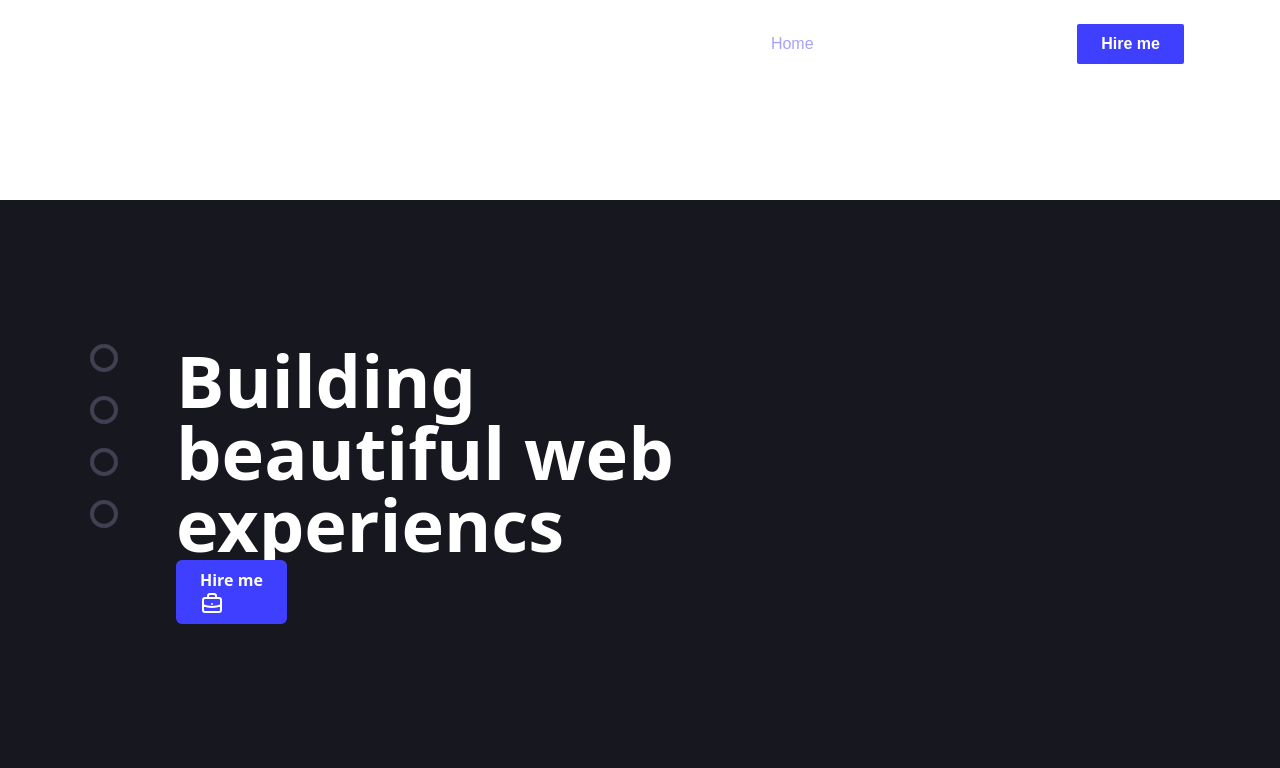
Repository: Alex0715/portfolio
Page: /
An editor plug-in stored every save of this project. The page is shown before and after the next save, followed by the edit.
The browser window is 1280 px wide. The pictures show the whole page.
The project was rebuilt for these pictures with package versions that can differ from the ones it lists, and the page was loaded fresh each time. The framework's server and built-in components were replaced by stand-ins that run in the browser. Also part of the build but not shown: next.config.js.

Above is the page before, as saved 2022-02-03 22:18:12.

After the next save:
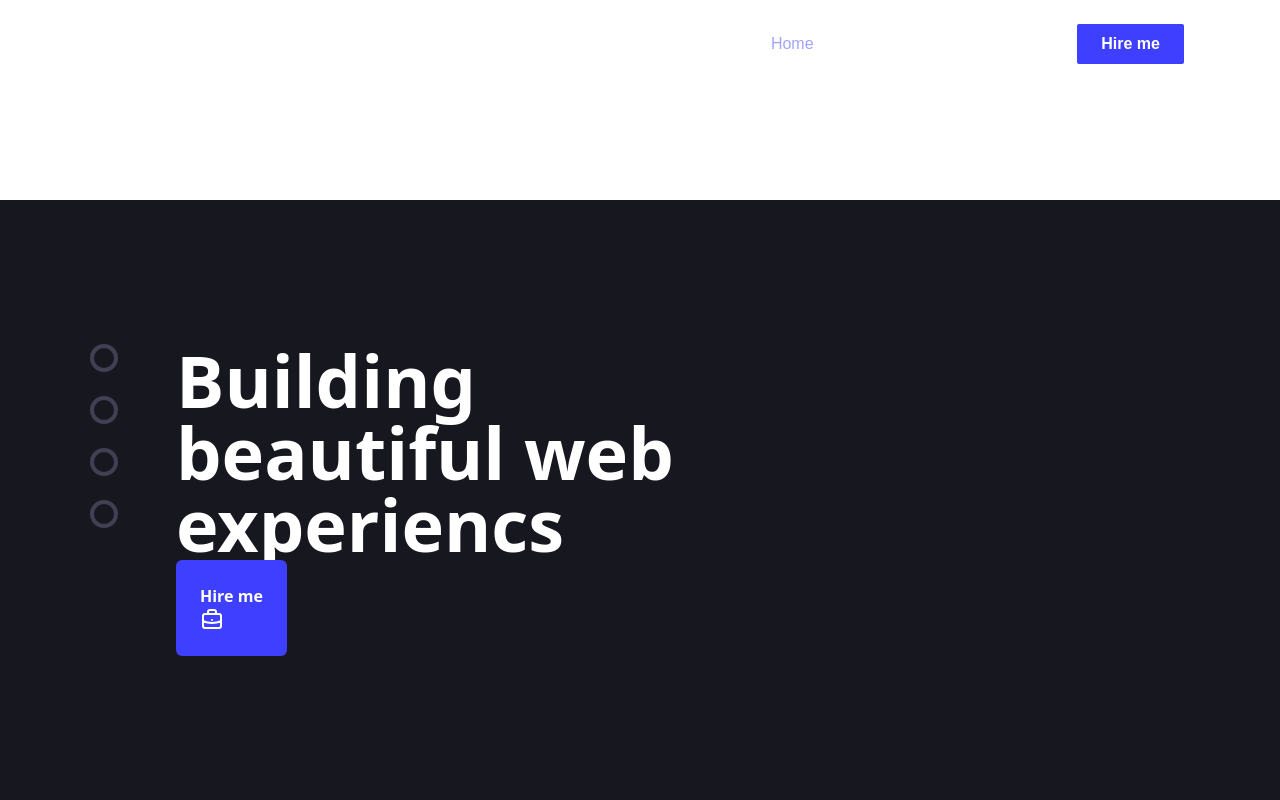
Saved 11 s later.
--- a/pages/components/Banner.js
+++ b/pages/components/Banner.js
@@ -23,7 +23,7 @@
         <div className="flex flex-wrap lg:ml-20 justify-center md:justify-start max-w-xl mt-0 md:my-36">
           <h1 className="font-bold text-5xl md:text-6xl lg:text-7xl text-center md:text-left">Building <br/> beautiful web experiencs</h1>
           <div className="flex">
-          <a href="#"><button className="bg-theme px-6 py-2 font-bold rounded-md items-center">Hire me
+          <a href="#"><button className="bg-theme px-6 py-6 font-bold rounded-md items-center">Hire me
           <svg xmlns="http://www.w3.org/2000/svg" className="h-6 w-6 " fill="none" viewBox="0 0 24 24" stroke="currentColor">
   <path strokeLinecap="round" strokeLinejoin="round" strokeWidth={2} d="M21 13.255A23.931 23.931 0 0112 15c-3.183 0-6.22-.62-9-1.745M16 6V4a2 2 0 00-2-2h-4a2 2 0 00-2 2v2m4 6h.01M5 20h14a2 2 0 002-2V8a2 2 0 00-2-2H5a2 2 0 00-2 2v10a2 2 0 002 2z" />
 </svg>
